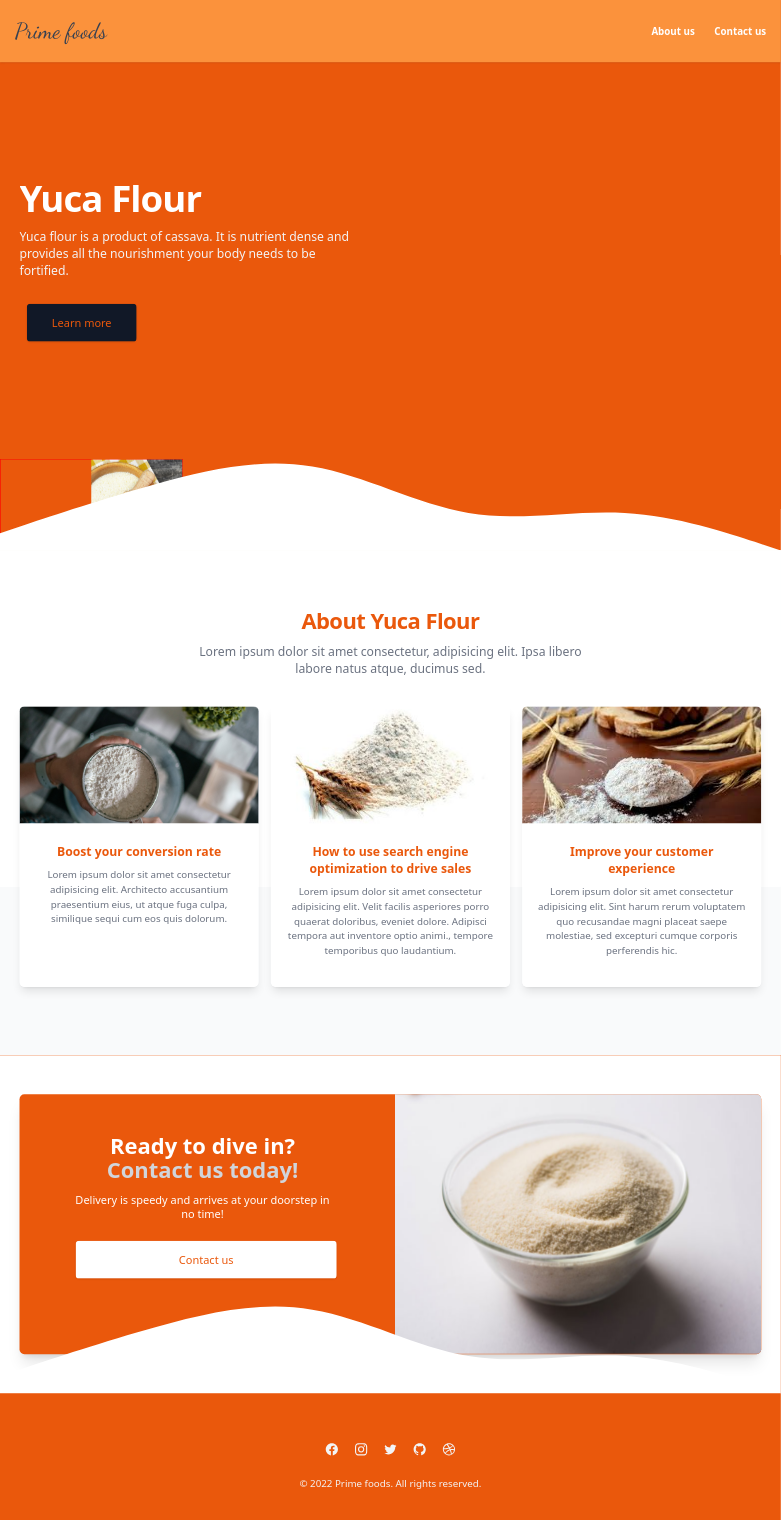
Repository: bellatrick/prime-foods
Page: /
These files come from the project's save history. The page is drawn as it stood at one moment and after the next save; the edit follows.
The browser window is 1280 px wide. The pictures show the whole page, at 61% of full size.
Some web fonts or font styles are not loaded; a fallback is used. The project was rebuilt for these pictures with package versions that can differ from the ones it lists, and the page was loaded fresh each time. Imported but missing from the stored project, and not drawn on this page: src/assets/img11.heic.

Above is the page before, as saved 2022-04-30 23:10:01.

After the next save:
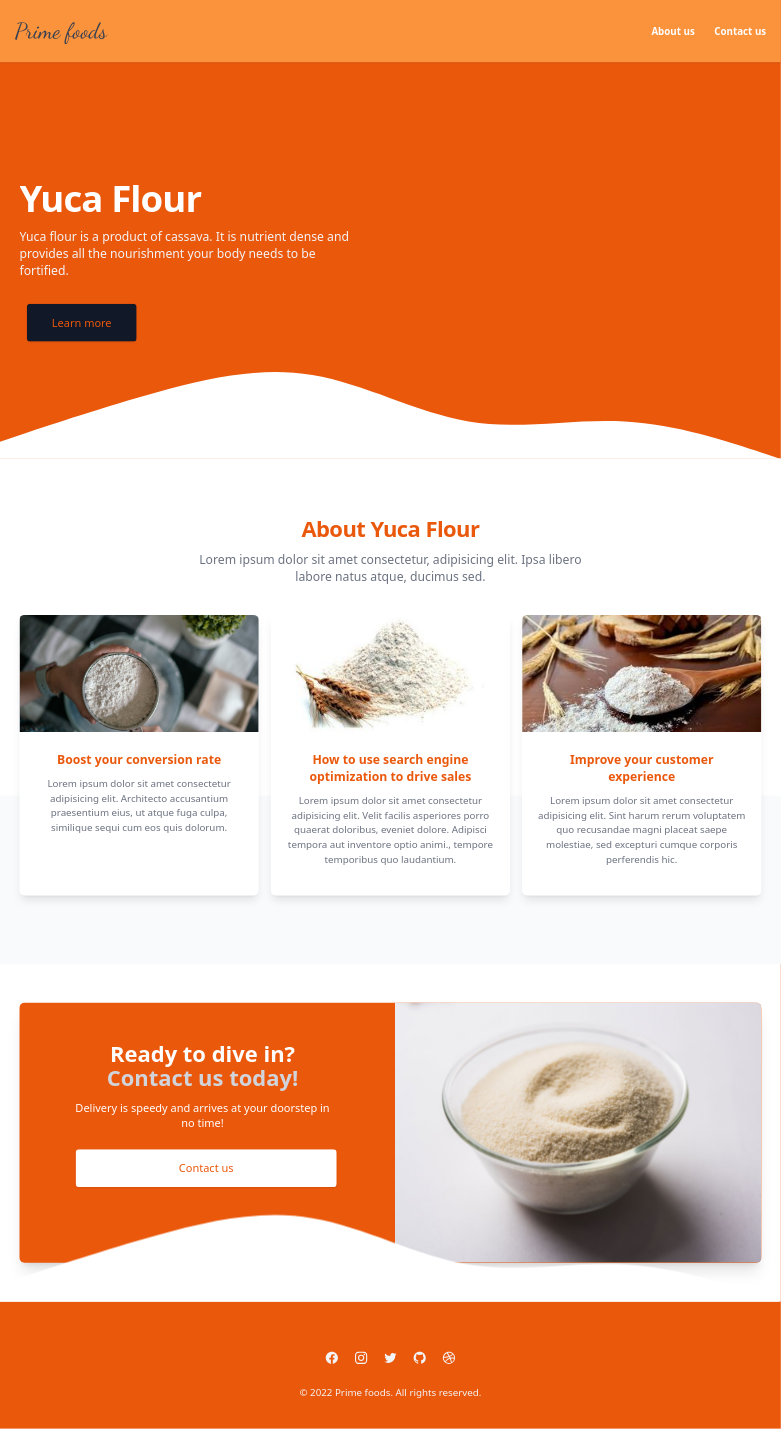
Saved 23 s later.
--- a/src/components/Hero.jsx
+++ b/src/components/Hero.jsx
@@ -18,7 +18,7 @@
   width: 300px;
   height: 150px;
 `;
-const CarouselUI = ({ children }) => <Container>{children}</Container>;
+const CarouselUI = ({ children }) => <>{children}</>;
 const Carousel = makeCarousel(CarouselUI);
 export default function Example() {
   return (
